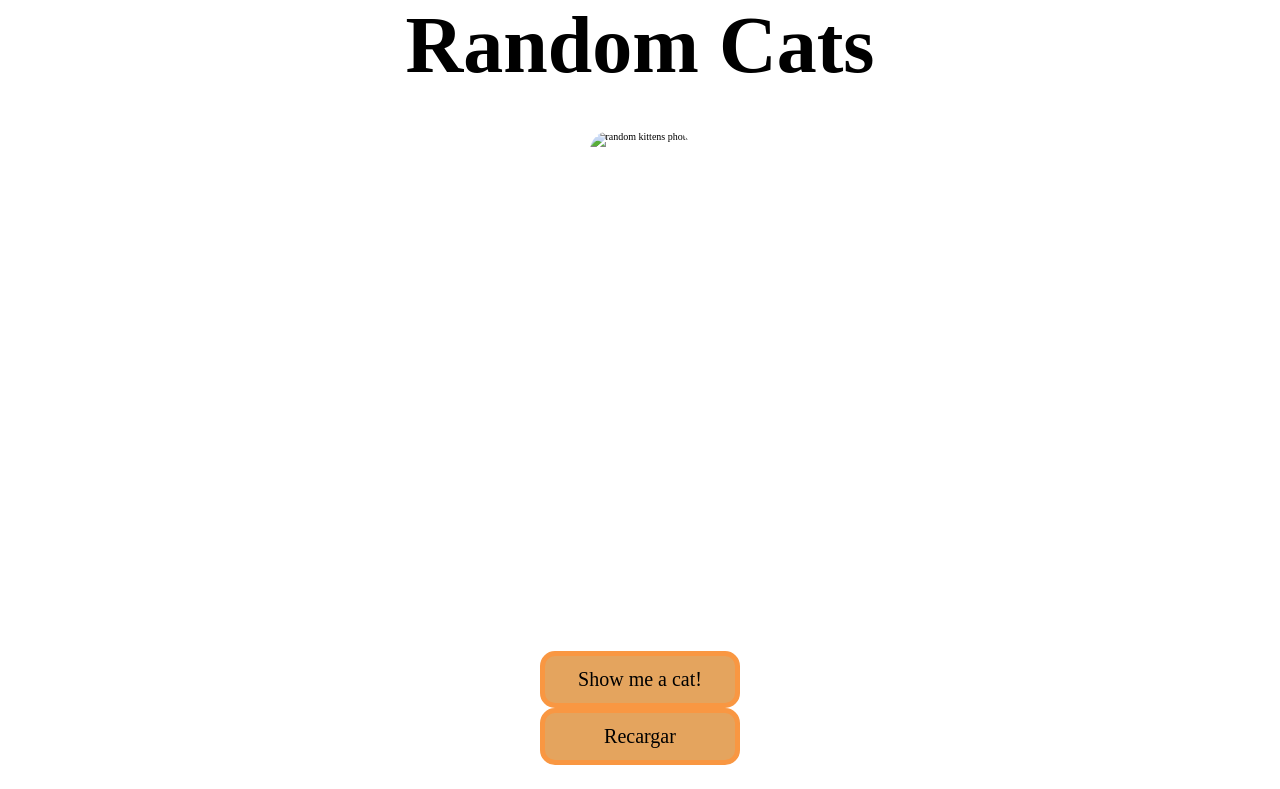
Repository: elto82/ConsumoAPIRESTjs
Page: index.html
An editor plug-in stored every save of this project. The page is shown before and after the next save, followed by the edit.
The browser window is 1280 px wide. The pictures show the whole page.
The page's requests for data from a server got no answer.

Above is the page before, as saved 2022-07-02 17:42:27.
Console error: ReferenceError: getURL is not defined

After the next save:
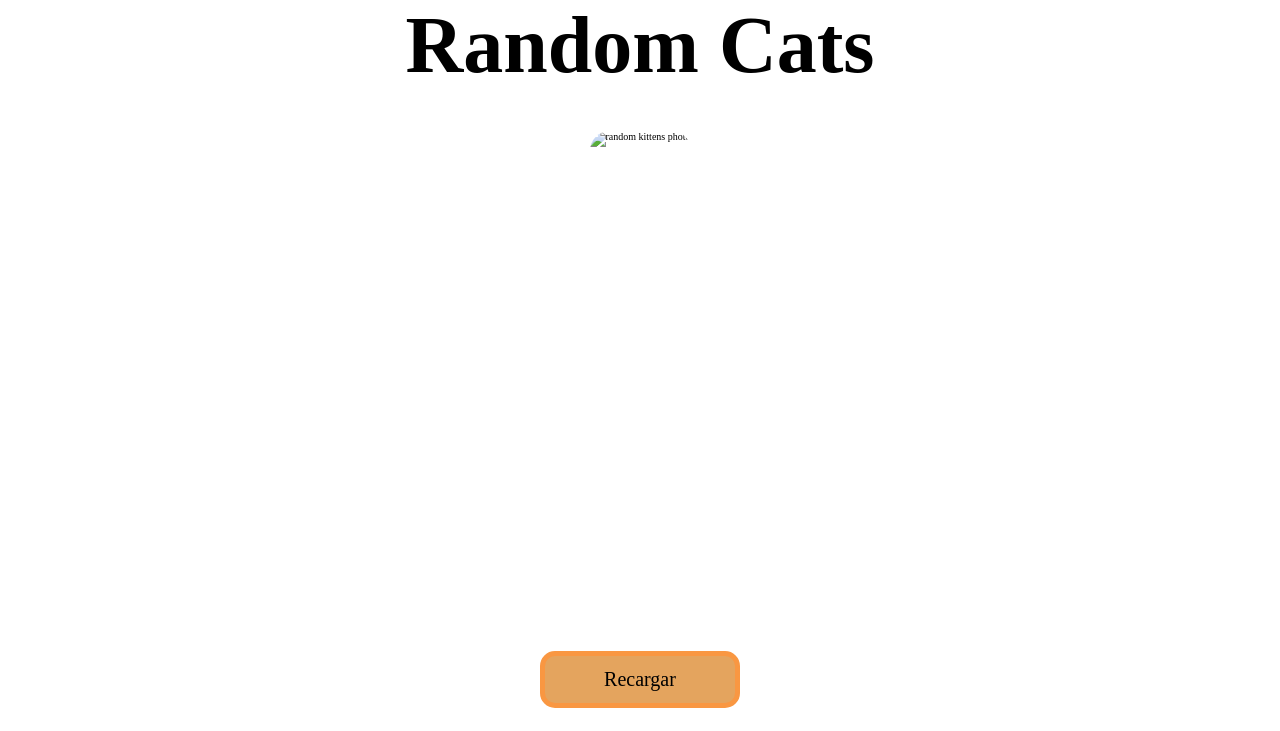
Saved 9 s later.
--- a/index.html
+++ b/index.html
@@ -15,7 +15,7 @@
   </header>
   <section class="container">
     <img alt="random kittens photo" class="image">
-    <button type="button" class="random-cat-button"> Show me a cat!</button>
+
     <input class="random-cat-button" type="button" value="Recargar" onclick="location.reload()">
   </section>
   <script src="./main.js"></script>
